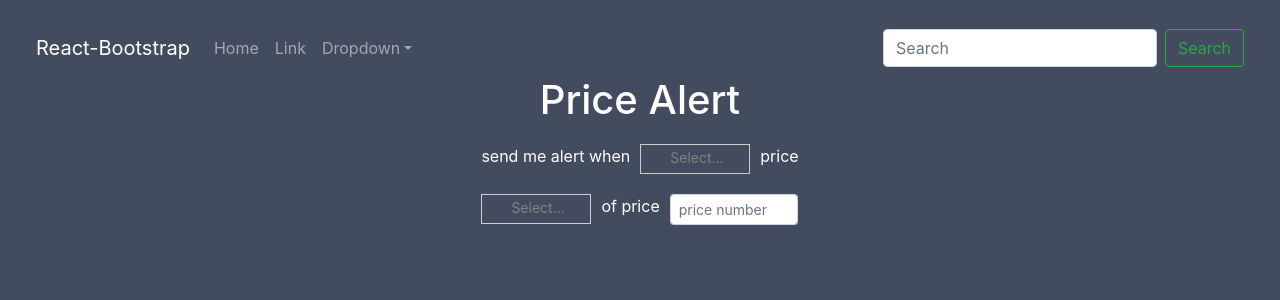
Repository: flychicken123/PriceAlertFront
Page: /
An editor plug-in stored every save of this project. The page is shown before and after the next save, followed by the edit.
The browser window is 1280 px wide. The pictures show the whole page.
The page's requests for data from a server got no answer. The project was rebuilt for these pictures with package versions that can differ from the ones it lists, and the page was loaded fresh each time. No one was signed in, and anything a server would have sent is missing. Also part of the build but not shown: src/App.css.

Above is the page before, as saved 2021-03-07 13:40:08.

After the next save:
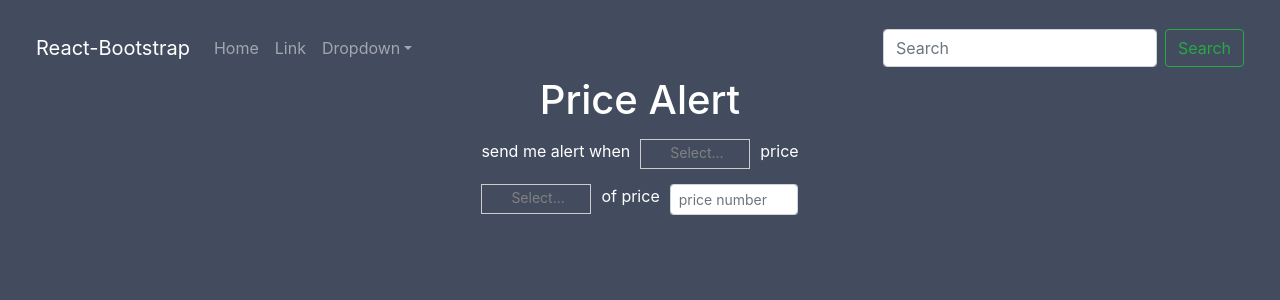
Saved 13 s later.
--- a/src/css/Home.css
+++ b/src/css/Home.css
@@ -10,5 +10,5 @@
     padding: 2px 5px;
   }
   .row-space{
-    margin: 20px;
+    margin: 15px;
   }
